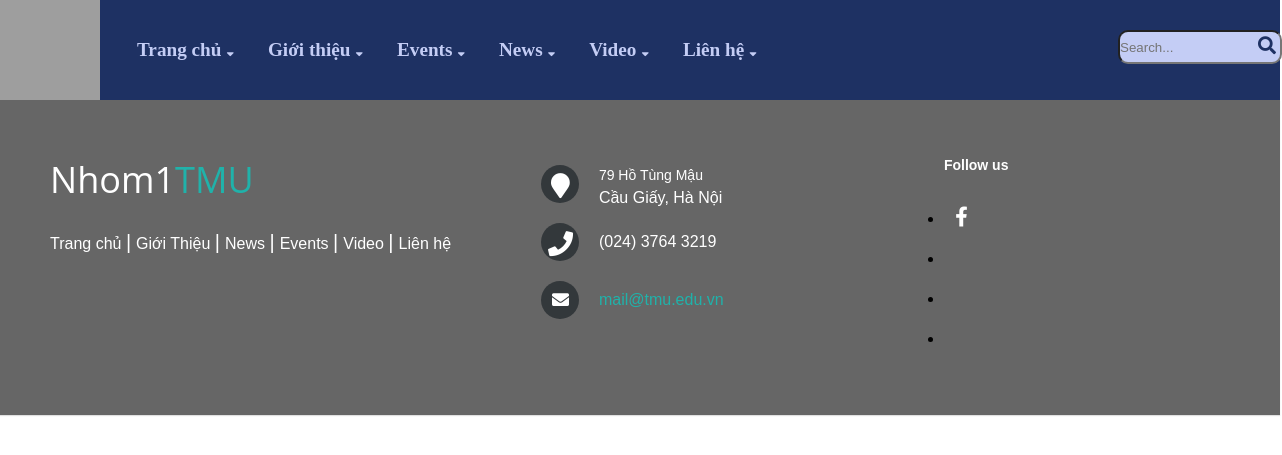
Repository: Luong-tung/MatchaTung
Page: newtopics/index.html
The author's editor kept a copy of each file at every save. The page is drawn from the files as they stood at one save, then again after the next save.
The browser window is 1280 px wide. The page is 1282 px wide, so the pictures cover 1282 px, including what lies to the right of the window. The pictures show the whole page.
Pictures or frames that could not be fetched are drawn as grey boxes. Some web libraries are served in a nearby version.

Above is the page before, as saved 2021-10-09 12:33:18.
Not found: newtopics/grid.css

After the next save:
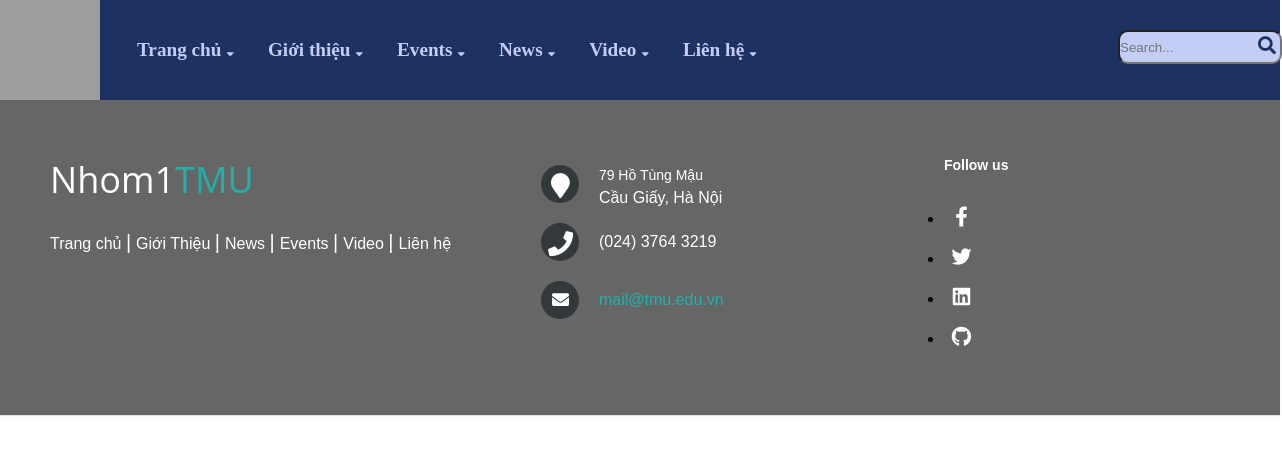
Saved 47 s later.
--- a/newtopics/index.html
+++ b/newtopics/index.html
@@ -89,9 +89,9 @@
               <div class="footer-icons">
                 <ul>
                 <li><a href="#"><i class="fab fa-facebook-f"></i></a></li>
-                <li><a href="#"><i class="fa fa-twitter"></i></a></li>
-                <li><a href="#"><i class="fa fa-linkedin"></i></a></li>
-                <li><a href="#"><i class="fa fa-github"></i></a></li>
+                <li><a href="#"><i class="fab fa-twitter"></i></a></li>
+                <li><a href="#"><i class="fab fa-linkedin"></i></a></li>
+                <li><a href="#"><i class="fab fa-github"></i></a></li>
                 </ul>
               </div>
 
